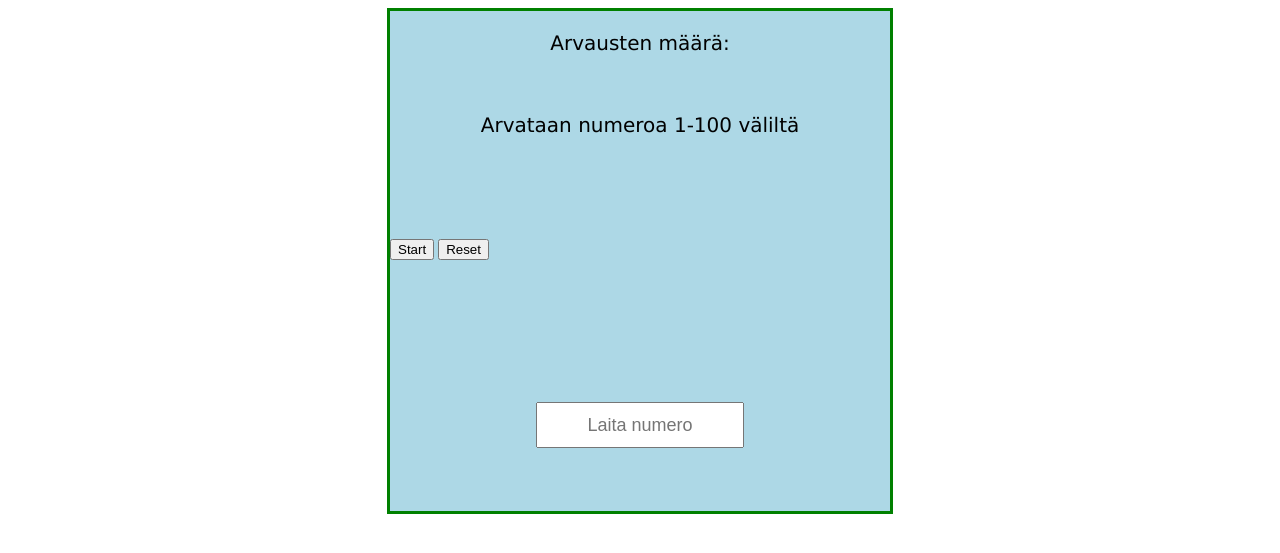
Repository: VadimZubchenko/numeronarvouspeli_JS
Page: public/index.html
The author's editor kept a copy of each file at every save. The page is drawn from the files as they stood at one save, then again after the next save.
The browser window is 1280 px wide. The pictures show the whole page.

Above is the page before, as saved 2022-04-26 08:20:09.

After the next save:
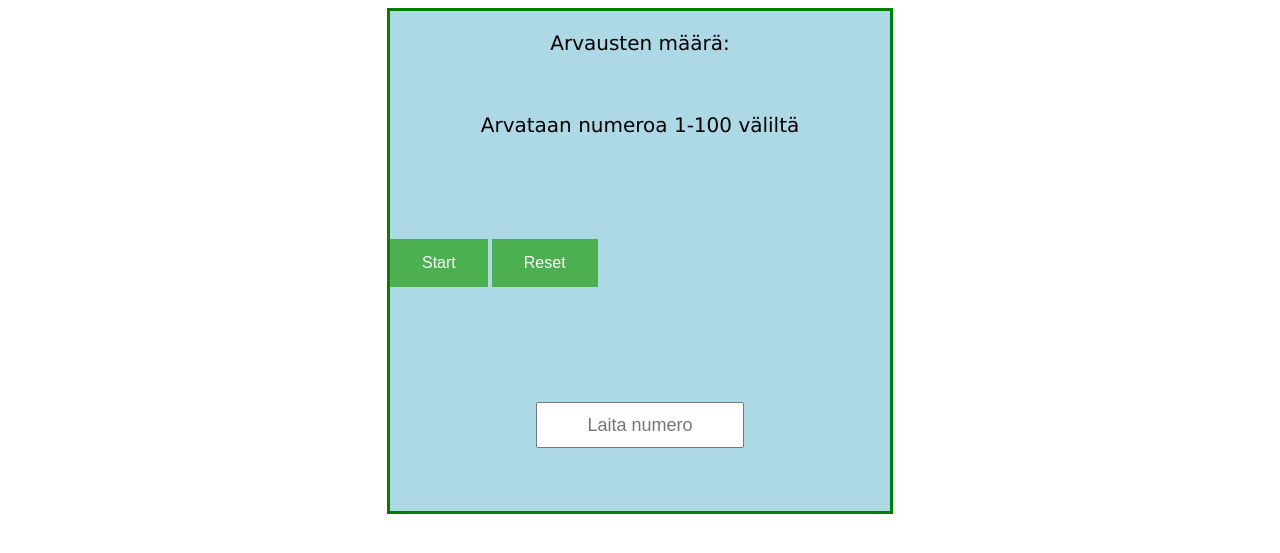
Saved 117 s later.
--- a/public/mystyle.css
+++ b/public/mystyle.css
@@ -23,7 +23,14 @@ input {
 }
 
 button {
-
+  background-color: #4CAF50; /* Green */
+  border: none;
+  color: white;
+  padding: 15px 32px;
+  text-align: center;
+  text-decoration: none;
+  display: inline-block;
+  font-size: 16px;
 }
 
 p {
